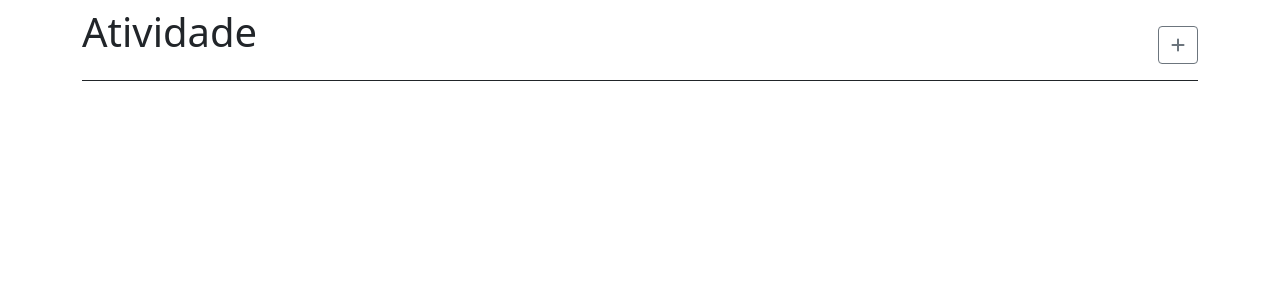
Repository: faribeiro/react-dotnetcore-efcore
Page: / (app in front/pro-atividade-app/)
The author's editor kept a copy of each file at every save. The page is drawn from the files as they stood at one save, then again after the next save.
The browser window is 1280 px wide. The pictures show the whole page.
The page's requests for data from a server got no answer. The project was rebuilt for these pictures with package versions that can differ from the ones it lists, and the page was loaded fresh each time. No one was signed in, and anything a server would have sent is missing. Also part of the build but not shown: front/pro-atividade-app/src/components/AtividadeForm.js, front/pro-atividade-app/src/components/Atividade.js.

Above is the page before, as saved 2023-10-24 15:18:37.

After the next save:
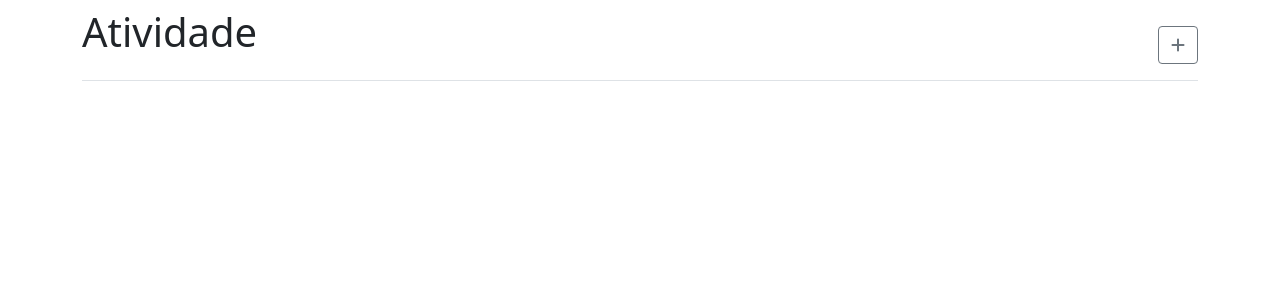
Saved 34 s later.
--- a/front/pro-atividade-app/src/App.js
+++ b/front/pro-atividade-app/src/App.js
@@ -62,7 +62,7 @@ function App() {
 
   return (
     <>
-      <div className="d-flex justify-content-between align-items-end mt-2 pb-3 border-bottom border-dark">
+      <div className="d-flex justify-content-between align-items-end mt-2 pb-3 border-bottom border-1">
         <h1>Atividade {atividade.id !== 0 ? atividade.id : ''}</h1>
         <Button variant="outline-secondary" onClick={handleShow}>
           <i className='fas fa-plus'></i>
